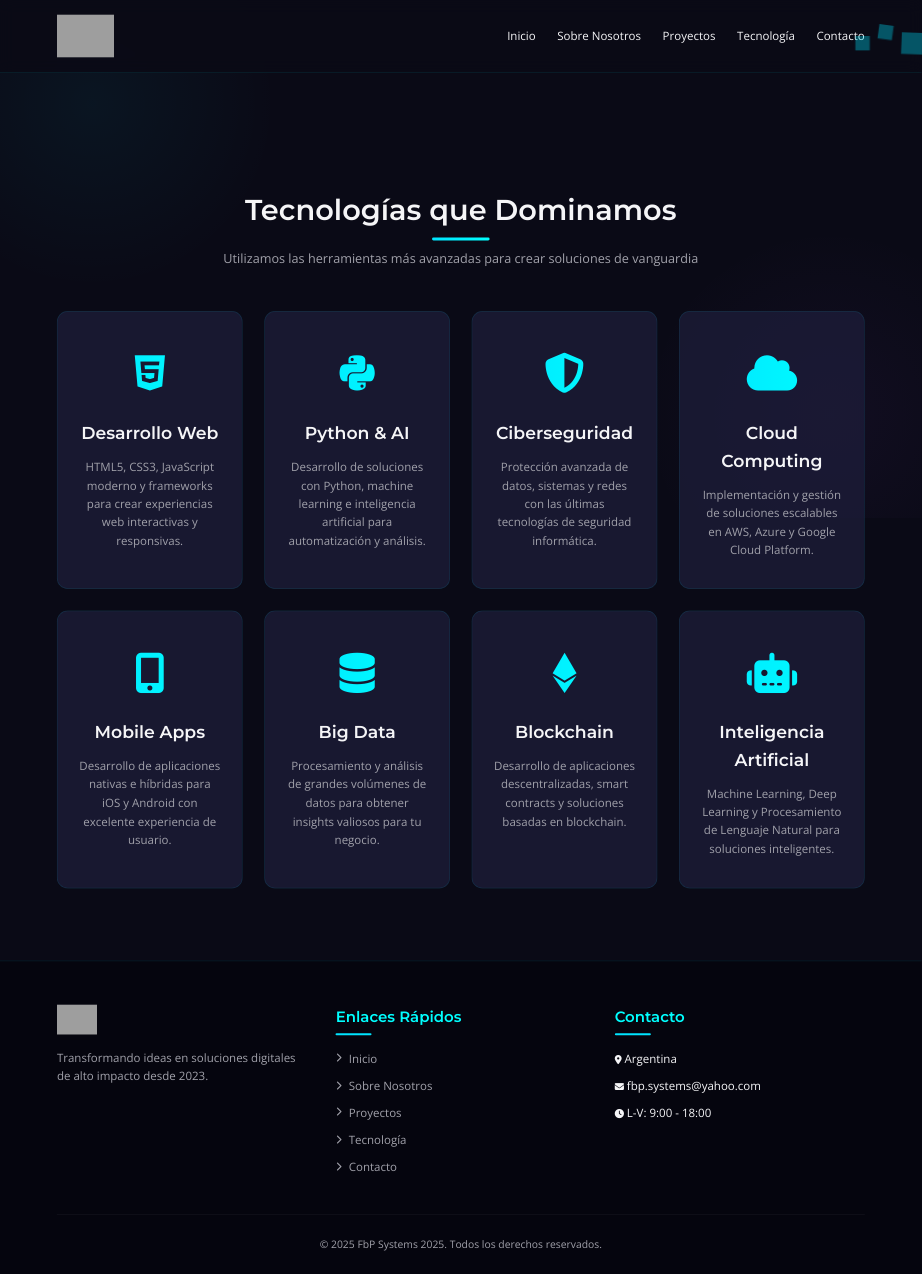
Repository: FabriDevelope/fbp-system
Page: tecnologias.html
An editor plug-in stored every save of this project. The page is shown before and after the next save, followed by the edit.
The browser window is 1280 px wide. The pictures show the whole page, at 72% of full size.
Pictures or frames that could not be fetched are drawn as grey boxes.

Above is the page before, as saved 2025-08-01 17:27:16.

### tecnologias.html
<!DOCTYPE html>
<html lang="es">
<head>
    <meta charset="UTF-8">
    <meta name="viewport" content="width=device-width, initial-scale=1.0">
    <title>FbP Systems - Tecnología</title>
    <link rel="stylesheet" href="https://cdnjs.cloudflare.com/ajax/libs/font-awesome/6.4.0/css/all.min.css">
    <link href="https://fonts.googleapis.com/css2?family=Montserrat:wght@300;400;500;600;700&family=Open+Sans:wght@300;400;600&display=swap" rel="stylesheet">
    <link rel="stylesheet" href="css/style.css">
</head>
<body>
    <!-- Header & Navigation -->
    <header>
        <div class="container">
            <div class="header-inner">
                <a href="index.html" class="logo">
                    <img src="https://i.imgur.com/gbNRVio.png" alt="FbP Logo" style="height: 60px; margin-right: 10px;">
                </a>
                <button class="hamburger" id="hamburger">
                    <i class="fas fa-bars"></i>
                </button>
                <nav>
                    <ul id="nav-menu">
                        <li><a href="index.html">Inicio</a></li>
                        <li><a href="sobre-nosotros.html">Sobre Nosotros</a></li>
                        <li><a href="proyectos.html">Proyectos</a></li>
                        <li><a href="tecnologias.html">Tecnología</a></li>
                        <li><a href="contacto.html">Contacto</a></li>
                    </ul>
                </nav>
            </div>
        </div>
        </div>
                <div class="hero-graphic">
            <div class="cube" style="top: 20%; left: 70%; animation-delay: 0s;"></div>
            <div class="cube" style="top: 40%; left: 80%; width: 30px; height: 30px; animation-delay: -1s;"></div>
            <div class="cube" style="top: 70%; left: 75%; animation-delay: -2s;"></div>
            <div class="cube" style="top: 30%; left: 85%; width: 25px; height: 25px; animation-delay: -3s;"></div>
        </div>
    </header>

    <!-- Technologies Section -->
     <section class="hero" style="min-height: 10vh; padding: 100px 0 60px;"></section>
    <section id="technologies">
        <div class="container">
            <div class="section-header">
                <h2>Tecnologías que Dominamos</h2>
                <p>Utilizamos las herramientas más avanzadas para crear soluciones de vanguardia</p>
            </div>
            <div class="tech-grid">
                <div class="tech-card">
                    <div class="tech-icon">
                        <i class="fab fa-html5"></i>
                    </div>
                    <h3>Desarrollo Web</h3>
                    <p>HTML5, CSS3, JavaScript moderno y frameworks para crear experiencias web interactivas y responsivas.</p>
                </div>
                <div class="tech-card">
                    <div class="tech-icon">
                        <i class="fab fa-python"></i>
                    </div>
                    <h3>Python & AI</h3>
                    <p>Desarrollo de soluciones con Python, machine learning e inteligencia artificial para automatización y análisis.</p>
                </div>
                <div class="tech-card">
                    <div class="tech-icon">
                        <i class="fas fa-shield-alt"></i>
                    </div>
                    <h3>Ciberseguridad</h3>
                    <p>Protección avanzada de datos, sistemas y redes con las últimas tecnologías de seguridad informática.</p>
                </div>
                <div class="tech-card">
                    <div class="tech-icon">
                        <i class="fas fa-cloud"></i>
                    </div>
                    <h3>Cloud Computing</h3>
                    <p>Implementación y gestión de soluciones escalables en AWS, Azure y Google Cloud Platform.</p>
                </div>
                <div class="tech-card">
                    <div class="tech-icon">
                        <i class="fas fa-mobile-alt"></i>
                    </div>
                    <h3>Mobile Apps</h3>
                    <p>Desarrollo de aplicaciones nativas e híbridas para iOS y Android con excelente experiencia de usuario.</p>
                </div>
                <div class="tech-card">
                    <div class="tech-icon">
                        <i class="fas fa-database"></i>
                    </div>
                    <h3>Big Data</h3>
                    <p>Procesamiento y análisis de grandes volúmenes de datos para obtener insights valiosos para tu negocio.</p>
                </div>
                <div class="tech-card">
                    <div class="tech-icon">
                        <i class="fab fa-ethereum"></i>
                    </div>
                    <h3>Blockchain</h3>
                    <p>Desarrollo de aplicaciones descentralizadas, smart contracts y soluciones basadas en blockchain.</p>
                </div>
                <div class="tech-card">
                    <div class="tech-icon">
                        <i class="fas fa-robot"></i>
                    </div>
                    <h3>Inteligencia Artificial</h3>
                    <p>Machine Learning, Deep Learning y Procesamiento de Lenguaje Natural para soluciones inteligentes.</p>
                </div>
            </div>
        </div>
    </section>

    <!-- Footer -->
    <footer>
        <div class="container">
            <div class="footer-content">
                <div class="footer-col">
                <a href="index.html" class="logo">
                    <img src="https://i.imgur.com/gbNRVio.png" alt="FbP Logo" style="height: 42px; margin-right: 10px;">
                </a>
                    <p style="margin-top: 20px; color: var(--text-gray);">Transformando ideas en soluciones digitales de alto impacto desde 2023.</p>
                </div>
                <div class="footer-col">
                    <h4>Enlaces Rápidos</h4>
                    <ul class="footer-links">
                        <li><a href="index.html"><i class="fas fa-chevron-right"></i> Inicio</a></li>
                        <li><a href="sobre-nosotros.html"><i class="fas fa-chevron-right"></i> Sobre Nosotros</a></li>
                        <li><a href="proyectos.html"><i class="fas fa-chevron-right"></i> Proyectos</a></li>
                        <li><a href="tecnologias.html"><i class="fas fa-chevron-right"></i> Tecnología</a></li>
                        <li><a href="contacto.html"><i class="fas fa-chevron-right"></i> Contacto</a></li>
                    </ul>
                </div>
                <div class="footer-col">
                    <h4>Contacto</h4>
                    <ul class="footer-links">
                        <li><i class="fas fa-map-marker-alt"></i> Argentina</li>
                        <li><i class="fas fa-envelope"></i> fbp.systems@yahoo.com</li>
                        <li><i class="fas fa-clock"></i> L-V: 9:00 - 18:00</li>
                    </ul>
                </div>
            </div>
            <div class="copyright">
                &copy; <span id="current-year"></span> FbP Systems 2025. Todos los derechos reservados.
            </div>
        </div>
    </footer>
    <script src="js/script.js"></script>
</body>
</html>

### css/style.css
:root {
    --dark-bg: #0a0a16;
    --darker-bg: #05050e;
    --accent-blue: #00e5ff;
    --accent-violet: #a855f7;
    --accent-cyan: #00ffff;
    --text-light: #f5f5f7;
    --text-gray: #a1a1aa;
    --card-bg: rgba(30, 30, 60, 0.7);
    --transition: all 0.4s ease;
}

* {
    margin: 0;
    padding: 0;
    box-sizing: border-box;
}

body {
    font-family: 'Open Sans', sans-serif;
    background: var(--dark-bg);
    color: var(--text-light);
    line-height: 1.6;
    overflow-x: hidden;
    position: relative;
}

body::before {
    content: '';
    position: fixed;
    top: 0;
    left: 0;
    width: 100%;
    height: 100%;
    background:
        radial-gradient(circle at 10% 20%, rgba(0, 229, 255, 0.05) 0%, transparent 20%),
        radial-gradient(circle at 90% 80%, rgba(168, 85, 247, 0.05) 0%, transparent 20%),
        var(--dark-bg);
    z-index: -1;
}

h1, h2, h3, h4, h5 {
    font-family: 'Montserrat', sans-serif;
    font-weight: 600;
}

.container {
    width: 90%;
    max-width: 1200px;
    margin: 0 auto;
    padding: 0 15px;
}

/* Header & Navigation */
header {
    background: rgba(10, 10, 22, 0.9);
    backdrop-filter: blur(10px);
    position: fixed;
    top: 0;
    left: 0;
    width: 100%;
    z-index: 1000;
    border-bottom: 1px solid rgba(0, 229, 255, 0.1);
    transition: var(--transition);
}

.header-inner {
    display: flex;
    justify-content: space-between;
    align-items: center;
    padding: 20px 0;
}

.logo {
    display: flex;
    align-items: center;
    gap: 10px;
    text-decoration: none;
}

.logo-text {
    font-family: 'Montserrat', sans-serif;
    font-weight: 700;
    font-size: 1.8rem;
    background: linear-gradient(90deg, var(--accent-blue), var(--accent-cyan));
    -webkit-background-clip: text;
    background-clip: text;
    color: transparent;
    position: relative;
}

.logo-text::after {
    content: 'Systems';
    position: absolute;
    bottom: -15px;
    right: 0;
    font-size: 0.6rem;
    color: var(--text-gray);
    background: transparent;
}

.slogan {
    font-size: 0.9rem;
    color: var(--text-gray);
    margin-top: 5px;
}

nav ul {
    display: flex;
    list-style: none;
    gap: 30px;
}

nav ul li a {
    color: var(--text-light);
    text-decoration: none;
    font-size: 1rem;
    font-weight: 500;
    position: relative;
    padding: 5px 0;
    transition: var(--transition);
}

nav ul li a:hover {
    color: var(--accent-blue);
}

nav ul li a::after {
    content: '';
    position: absolute;
    bottom: 0;
    left: 0;
    width: 0;
    height: 2px;
    background: var(--accent-blue);
    transition: var(--transition);
}

nav ul li a:hover::after {
    width: 100%;
}

.hamburger {
    display: none;
    cursor: pointer;
    background: none;
    border: none;
    color: var(--text-light);
    font-size: 1.5rem;
}

/* Hero Section */
.hero {
    min-height: 100vh;
    display: flex;
    align-items: center;
    padding: 120px 0 80px;
    position: relative;
    overflow: hidden;
}

.hero-content {
    max-width: 650px;
    position: relative;
    z-index: 2;
}

.hero h1 {
    font-size: 3.5rem;
    line-height: 1.2;
    margin-bottom: 20px;
    opacity: 0;
    animation: fadeInUp 1s ease forwards;
}

.hero h1 span {
    background: linear-gradient(90deg, var(--accent-blue), var(--accent-cyan));
    -webkit-background-clip: text;
    background-clip: text;
    color: transparent;
}

.hero p {
    font-size: 1.2rem;
    color: var(--text-gray);
    margin-bottom: 30px;
    max-width: 600px;
    opacity: 0;
    animation: fadeInUp 1s ease 0.2s forwards;
}

.btn {
    display: inline-block;
    padding: 14px 32px;
    background: linear-gradient(90deg, var(--accent-blue), var(--accent-cyan));
    color: var(--dark-bg);
    text-decoration: none;
    border-radius: 30px;
    font-weight: 600;
    text-transform: uppercase;
    letter-spacing: 1px;
    font-size: 1rem;
    border: none;
    cursor: pointer;
    transition: var(--transition);
    transform: translateY(20px);
    opacity: 0;
    animation: fadeInUp 1s ease 0.4s forwards;
}

.btn:hover {
    transform: translateY(-5px);
    box-shadow: 0 10px 20px rgba(0, 229, 255, 0.3);
}

.btn-outline {
    background: transparent;
    border: 2px solid var(--accent-blue);
    color: var(--accent-blue);
    margin-left: 15px;
}

.btn-outline:hover {
    background: rgba(0, 229, 255, 0.1);
    box-shadow: 0 10px 20px rgba(0, 229, 255, 0.1);
}

.hero-graphic {
    position: absolute;
    right: -100px;
    top: 50%;
    transform: translateY(-50%);
    width: 50%;
    max-width: 700px;
    opacity: 0.7;
}

.cube {
    position: absolute;
    width: 20px;
    height: 20px;
    background: var(--accent-blue);
    opacity: 0.5;
    animation: float 6s infinite ease-in-out;
}

/* Sections Common */
section {
    padding: 100px 0;
}

.section-header {
    text-align: center;
    max-width: 800px;
    margin: 0 auto 60px;
}

.section-header h2 {
    font-size: 2.5rem;
    margin-bottom: 20px;
    position: relative;
    display: inline-block;
}

.section-header h2::after {
    content: '';
    position: absolute;
    bottom: -10px;
    left: 50%;
    transform: translateX(-50%);
    width: 80px;
    height: 4px;
    background: linear-gradient(90deg, var(--accent-blue), var(--accent-cyan));
    border-radius: 2px;
}

.section-header p {
    color: var(--text-gray);
    font-size: 1.1rem;
}

/* About Section */
.about-content {
    display: flex;
    gap: 50px;
    align-items: center;
}

.about-text {
    flex: 1;
}

.about-text h3 {
    font-size: 2rem;
    margin-bottom: 20px;
    color: var(--accent-cyan);
}

.about-text p {
    margin-bottom: 20px;
    font-size: 1.1rem;
}

.about-grid {
    display: grid;
    grid-template-columns: repeat(2, 1fr);
    gap: 30px;
    margin-top: 40px;
}

.about-card {
    background: var(--card-bg);
    border-radius: 15px;
    padding: 30px;
    backdrop-filter: blur(10px);
    border: 1px solid rgba(0, 229, 255, 0.1);
    transition: var(--transition);
}

.about-card:hover {
    transform: translateY(-10px);
    border-color: rgba(0, 229, 255, 0.3);
    box-shadow: 0 10px 30px rgba(0, 0, 0, 0.2);
}

.about-card h4 {
    color: var(--accent-blue);
    margin-bottom: 15px;
    display: flex;
    align-items: center;
    gap: 10px;
}

.about-card i {
    font-size: 1.5rem;
}

.about-image {
    flex: 1;
    border-radius: 15px;
    overflow: hidden;
    box-shadow: 0 20px 40px rgba(0, 0, 0, 0.3);
    position: relative;
}

.about-image::before {
    content: '';
    position: absolute;
    top: 0;
    left: 0;
    width: 100%;
    height: 100%;
    background: linear-gradient(45deg, rgba(0, 229, 255, 0.1), rgba(168, 85, 247, 0.1));
}

.about-image img {
    width: 100%;
    height: auto;
    display: block;
}

/* Projects Section */
.projects {
    background: var(--darker-bg);
    position: relative;
    overflow: hidden;
}

.projects-grid {
    display: grid;
    grid-template-columns: repeat(auto-fill, minmax(350px, 1fr));
    gap: 30px;
}

.project-card {
    background: var(--card-bg);
    border-radius: 15px;
    overflow: hidden;
    position: relative;
    transform: translateY(50px);
    opacity: 0;
    transition: var(--transition);
    border: 1px solid rgba(0, 229, 255, 0.1);
}

.project-card.visible {
    transform: translateY(0);
    opacity: 1;
}

.project-card:hover {
    transform: translateY(-10px);
    border-color: rgba(0, 229, 255, 0.3);
}

.project-image {
    height: 220px;
    overflow: hidden;
}

.project-image img {
    width: 100%;
    height: 100%;
    object-fit: cover;
    transition: var(--transition);
}

.project-card:hover .project-image img {
    transform: scale(1.1);
}

.project-content {
    padding: 25px;
}

.project-content h3 {
    font-size: 1.5rem;
    margin-bottom: 10px;
    color: var(--accent-cyan);
}

.project-content p {
    color: var(--text-gray);
    margin-bottom: 20px;
}

.project-tags {
    display: flex;
    flex-wrap: wrap;
    gap: 10px;
    margin-top: 15px;
}

.project-tag {
    background: rgba(0, 229, 255, 0.1);
    color: var(--accent-blue);
    padding: 5px 15px;
    border-radius: 20px;
    font-size: 0.8rem;
}

/* Technologies Section */
.tech-grid {
    display: grid;
    grid-template-columns: repeat(auto-fill, minmax(250px, 1fr));
    gap: 30px;
}

.tech-card {
    background: var(--card-bg);
    border-radius: 15px;
    padding: 40px 30px;
    text-align: center;
    transition: var(--transition);
    border: 1px solid rgba(0, 229, 255, 0.1);
    transform: scale(0.95);
    opacity: 0;
}

.tech-card.visible {
    transform: scale(1);
    opacity: 1;
}

.tech-card:hover {
    transform: translateY(-10px);
    border-color: rgba(0, 229, 255, 0.3);
    box-shadow: 0 10px 30px rgba(0, 0, 0, 0.2);
}

.tech-icon {
    font-size: 3.5rem;
    margin-bottom: 20px;
    background: linear-gradient(90deg, var(--accent-blue), var(--accent-cyan));
    -webkit-background-clip: text;
    background-clip: text;
    color: transparent;
}

.tech-card h3 {
    font-size: 1.5rem;
    margin-bottom: 15px;
}

.tech-card p {
    color: var(--text-gray);
}

/* Contact Section */
.contact {
    background: var(--darker-bg);
    position: relative;
}

.contact-wrapper {
    display: flex;
    gap: 50px;
}

.contact-info {
    flex: 1;
}

.contact-info h3 {
    font-size: 1.8rem;
    margin-bottom: 30px;
    color: var(--accent-cyan);
}

.contact-details {
    margin-bottom: 40px;
}

.contact-item {
    display: flex;
    gap: 15px;
    margin-bottom: 20px;
    align-items: flex-start;
}

.contact-item i {
    font-size: 1.2rem;
    color: var(--accent-blue);
    margin-top: 5px;
}

.social-links {
    display: flex;
    gap: 20px;
    margin-top: 30px;
}

.social-links a {
    display: flex;
    align-items: center;
    justify-content: center;
    width: 50px;
    height: 50px;
    border-radius: 50%;
    background: rgba(0, 229, 255, 0.1);
    color: var(--accent-blue);
    font-size: 1.3rem;
    transition: var(--transition);
}

.social-links a:hover {
    background: var(--accent-blue);
    color: var(--dark-bg);
    transform: translateY(-5px);
}

.contact-form {
    flex: 1;
    background: var(--card-bg);
    padding: 40px;
    border-radius: 15px;
    border: 1px solid rgba(0, 229, 255, 0.1);
}

.form-group {
    margin-bottom: 25px;
}

.form-group label {
    display: block;
    margin-bottom: 8px;
    font-weight: 500;
}

.form-control {
    width: 100%;
    padding: 14px;
    background: rgba(10, 10, 22, 0.5);
    border: 1px solid rgba(255, 255, 255, 0.1);
    border-radius: 8px;
    color: var(--text-light);
    font-family: 'Open Sans', sans-serif;
    font-size: 1rem;
    transition: var(--transition);
}

.form-control:focus {
    outline: none;
    border-color: var(--accent-blue);
    box-shadow: 0 0 0 3px rgba(0, 229, 255, 0.1);
}

textarea.form-control {
    min-height: 150px;
    resize: vertical;
}

/* Footer */
footer {
    background: var(--darker-bg);
    padding: 60px 0 30px;
    border-top: 1px solid rgba(0, 229, 255, 0.1);
}

.footer-content {
    display: flex;
    justify-content: space-between;
    flex-wrap: wrap;
    gap: 40px;
    margin-bottom: 40px;
}

.footer-col {
    flex: 1;
    min-width: 250px;
}

.footer-col h4 {
    font-size: 1.3rem;
    margin-bottom: 20px;
    color: var(--accent-cyan);
    position: relative;
    padding-bottom: 10px;
}

.footer-col h4::after {
    content: '';
    position: absolute;
    bottom: 0;
    left: 0;
    width: 50px;
    height: 3px;
    background: var(--accent-blue);
    border-radius: 2px;
}

.footer-links {
    list-style: none;
}

.footer-links li {
    margin-bottom: 12px;
}

.footer-links a {
    color: var(--text-gray);
    text-decoration: none;
    transition: var(--transition);
    display: flex;
    align-items: center;
    gap: 10px;
}

.footer-links a:hover {
    color: var(--accent-blue);
    transform: translateX(5px);
}

.footer-links i {
    font-size: 0.8rem;
}

.copyright {
    text-align: center;
    padding-top: 30px;
    border-top: 1px solid rgba(255, 255, 255, 0.05);
    color: var(--text-gray);
    font-size: 0.9rem;
}

/* Animations */
@keyframes fadeInUp {
    from {
        opacity: 0;
        transform: translateY(30px);
    }
    to {
        opacity: 1;
        transform: translateY(0);
    }
}

@keyframes float {
    0%, 100% {
        transform: translateY(0) rotate(0deg);
    }
    50% {
        transform: translateY(-20px) rotate(10deg);
    }
}

/* Responsive Design */
@media (max-width: 992px) {
    .hero h1 {
        font-size: 3rem;
    }

    .about-content {
        flex-direction: column;
    }

    .contact-wrapper {
        flex-direction: column;
    }
}

@media (max-width: 768px) {
    .hamburger {
        display: block;
    }

    nav ul {
        position: fixed;
        top: 80px;
        left: -100%;
        background: var(--darker-bg);
        width: 100%;
        height: calc(100vh - 80px);
        flex-direction: column;
        align-items: center;
        justify-content: center;
        gap: 40px;
        transition: var(--transition);
        z-index: 999;
    }

    nav ul.active {
        left: 0;
    }

    .hero {
        text-align: center;
    }

    .hero-content {
        margin: 0 auto;
    }

    .hero-graphic {
        display: none;
    }

    .btn {
        display: block;
        margin: 0 auto 15px;
        width: 80%;
        max-width: 300px;
    }

    .btn-outline {
        margin-left: 0;
    }
}

@media (max-width: 576px) {
    .hero h1 {
        font-size: 2.5rem;
    }

    .section-header h2 {
        font-size: 2rem;
    }

    .projects-grid,
    .tech-grid {
        grid-template-columns: 1fr;
    }

    .about-grid {
        grid-template-columns: 1fr;
    }
}

Loaded but not shown: js/script.js (87 lines, source omitted)

After the next save:
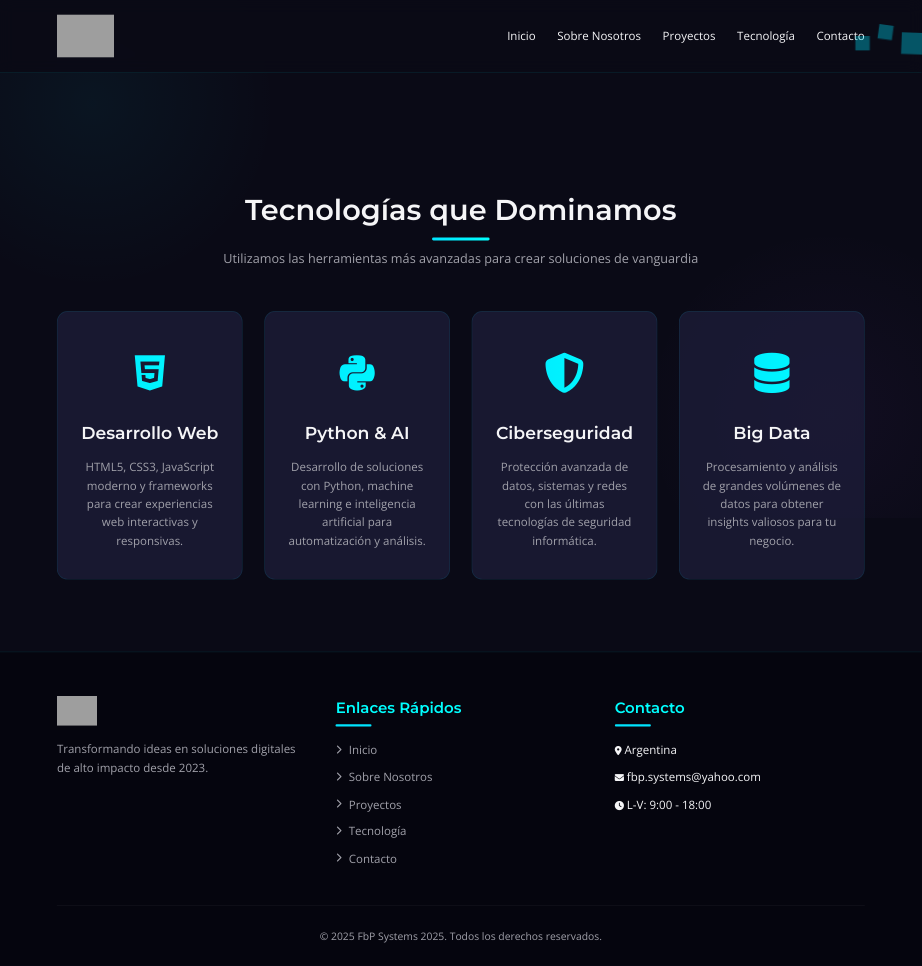
Saved 41 s later.
--- a/tecnologias.html
+++ b/tecnologias.html
@@ -71,38 +71,10 @@
                 </div>
                 <div class="tech-card">
                     <div class="tech-icon">
-                        <i class="fas fa-cloud"></i>
-                    </div>
-                    <h3>Cloud Computing</h3>
-                    <p>Implementación y gestión de soluciones escalables en AWS, Azure y Google Cloud Platform.</p>
-                </div>
-                <div class="tech-card">
-                    <div class="tech-icon">
-                        <i class="fas fa-mobile-alt"></i>
-                    </div>
-                    <h3>Mobile Apps</h3>
-                    <p>Desarrollo de aplicaciones nativas e híbridas para iOS y Android con excelente experiencia de usuario.</p>
-                </div>
-                <div class="tech-card">
-                    <div class="tech-icon">
                         <i class="fas fa-database"></i>
                     </div>
                     <h3>Big Data</h3>
                     <p>Procesamiento y análisis de grandes volúmenes de datos para obtener insights valiosos para tu negocio.</p>
-                </div>
-                <div class="tech-card">
-                    <div class="tech-icon">
-                        <i class="fab fa-ethereum"></i>
-                    </div>
-                    <h3>Blockchain</h3>
-                    <p>Desarrollo de aplicaciones descentralizadas, smart contracts y soluciones basadas en blockchain.</p>
-                </div>
-                <div class="tech-card">
-                    <div class="tech-icon">
-                        <i class="fas fa-robot"></i>
-                    </div>
-                    <h3>Inteligencia Artificial</h3>
-                    <p>Machine Learning, Deep Learning y Procesamiento de Lenguaje Natural para soluciones inteligentes.</p>
                 </div>
             </div>
         </div>
